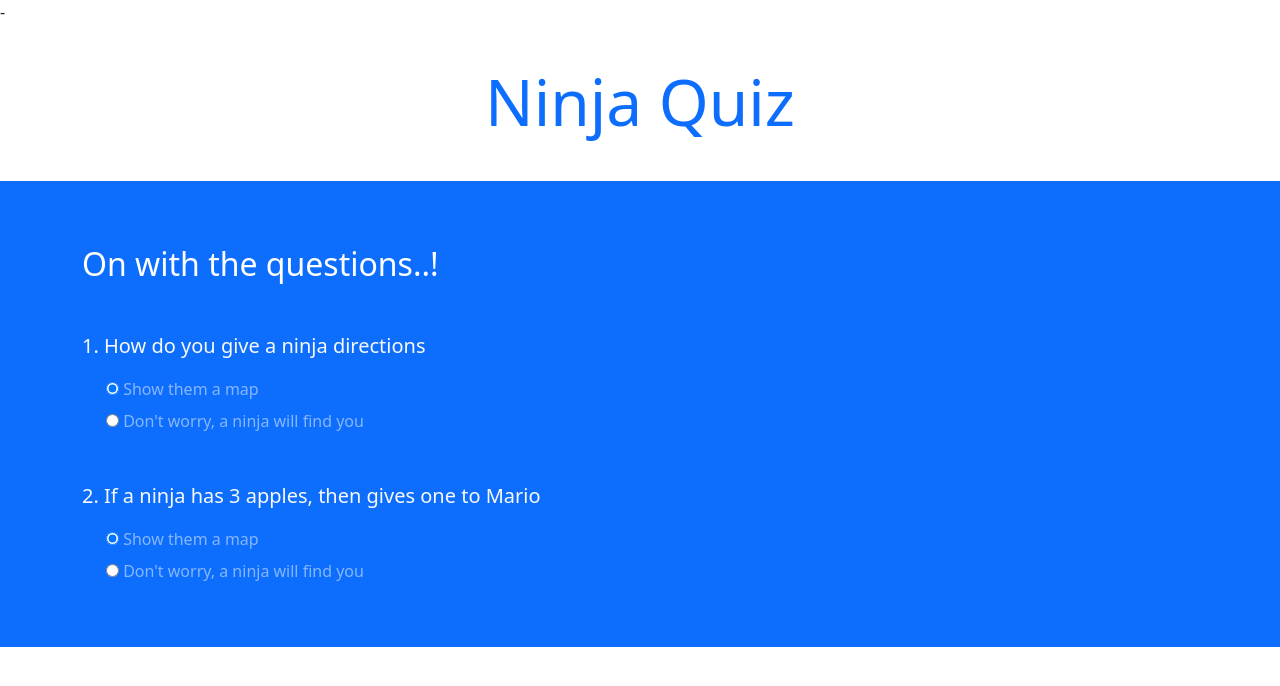
Repository: Programmer-RD-AI/Modern-JavaScript-Complete-guide-from-Novice-to-Ninja
Page: ninja_quiz/index.html
These files come from the project's save history. The page is drawn as it stood at one moment and after the next save; the edit follows.
The browser window is 1280 px wide. The pictures show the whole page.

Above is the page before, as saved 2023-12-26 15:29:02.

After the next save:
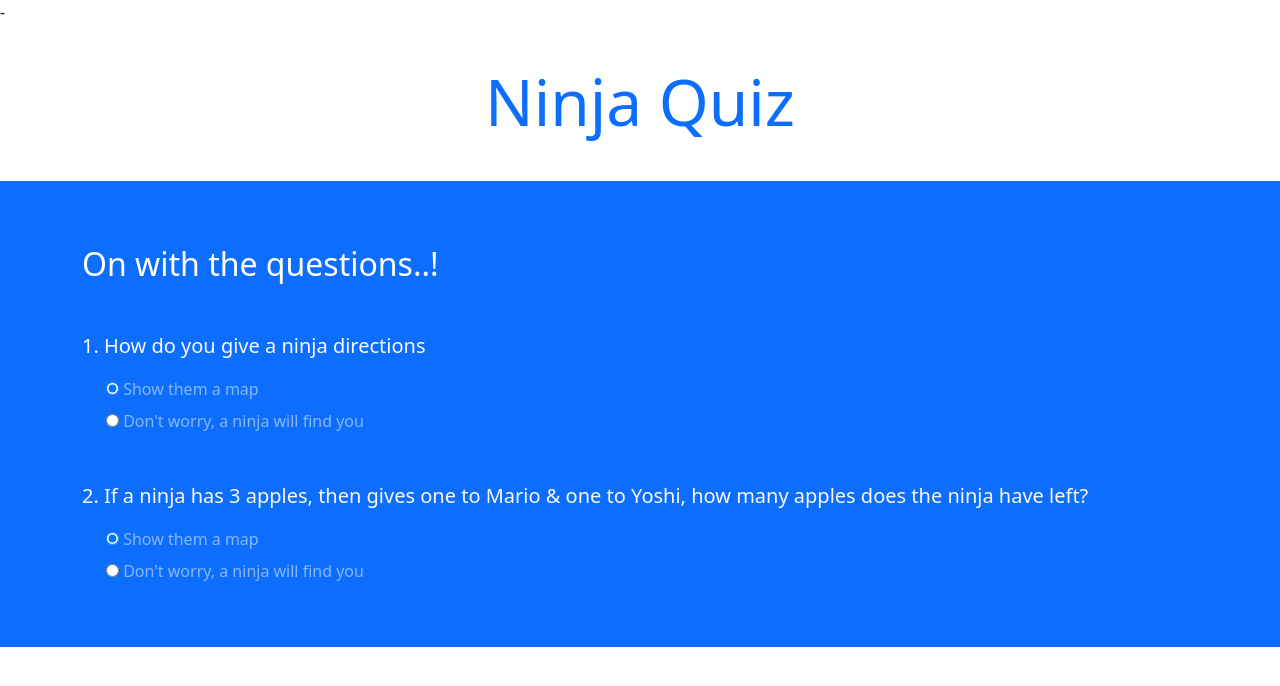
Saved 9 s later.
--- a/ninja_quiz/index.html
+++ b/ninja_quiz/index.html
@@ -41,7 +41,8 @@
           </div>
           <div class="my-5">
             <p class="lead font-weight-normal">
-              2. If a ninja has 3 apples, then gives one to Mario
+              2. If a ninja has 3 apples, then gives one to Mario & one to
+              Yoshi, how many apples does the ninja have left?
             </p>
             <div class="form-check my-2 text-white-50">
               <input type="radio" name="q2" value="A" checked />
